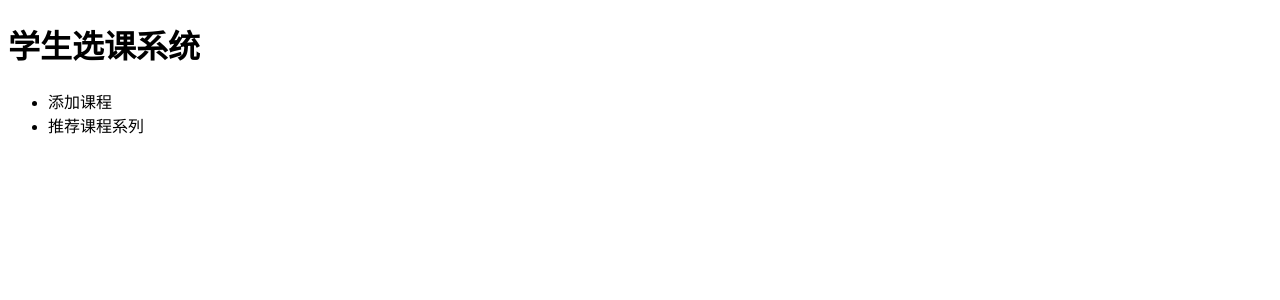
Repository: arkulo56/codeLibrary
Page: http://localhost/firstWeb/
An editor plug-in stored every save of this project. The page is shown before and after the next save, followed by the edit.
The browser window is 1280 px wide. The pictures show the whole page.
The page is served by Tomcat 9. Other server files are loaded and not shown.

Above is the page before, as saved 2016-04-21 03:10:51.

### java/firstWeb/WebContent/index.jsp
<%@ page language="java" contentType="text/html; charset=UTF-8" pageEncoding="UTF-8"%>
<!DOCTYPE html PUBLIC "-//W3C//DTD HTML 4.01 Transitional//EN" "http://www.w3.org/TR/html4/loose.dtd">
<html>
<head>
<meta http-equiv="Content-Type" content="text/html; charset=UTF-8">
<title>Insert title here</title>
</head>
<body>

<h1>学生选课系统</h1>
<ul>
<li>添加课程</li>
<li>推荐课程系列</li>
</ul>

</body>
</html>

After the next save:
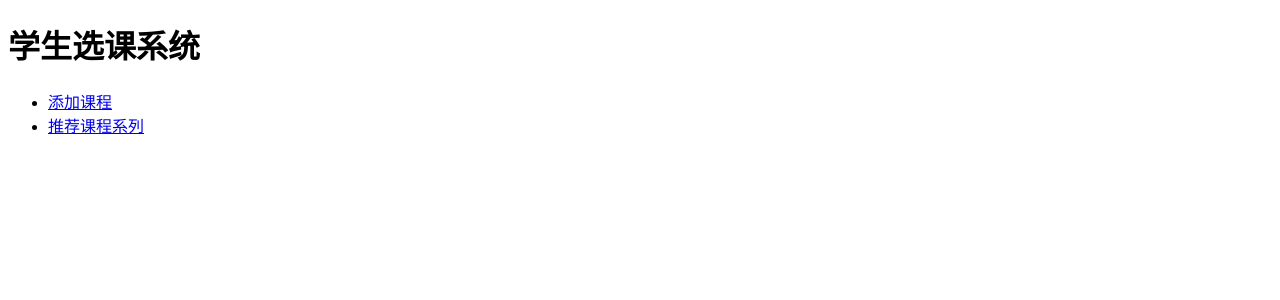
Saved 66 s later.
--- a/java/firstWeb/WebContent/index.jsp
+++ b/java/firstWeb/WebContent/index.jsp
@@ -9,8 +9,8 @@
 
 <h1>学生选课系统</h1>
 <ul>
-<li>添加课程</li>
-<li>推荐课程系列</li>
+<li><a href="addCourse.jsp">添加课程</a></li>
+<li><a href="courseSeries.jsp">推荐课程系列</a></li>
 </ul>
 
 </body>
